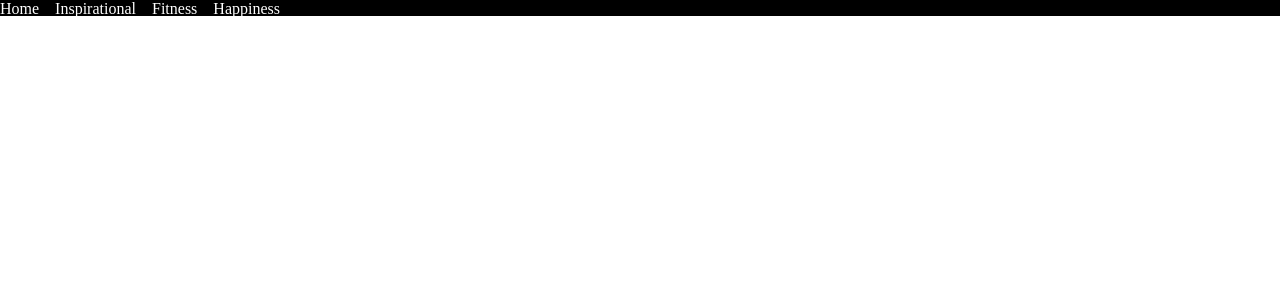
Repository: suraj-yadav7/quotes
Page: /inspiratinal
An editor plug-in stored every save of this project. The page is shown before and after the next save, followed by the edit.
The browser window is 1280 px wide. The pictures show the whole page.
The project was rebuilt for these pictures with package versions that can differ from the ones it lists, and the page was loaded fresh each time. Also part of the build but not shown: vite.config.js, src/App.css.

Above is the page before, as saved 2023-05-28 11:23:49.

After the next save:
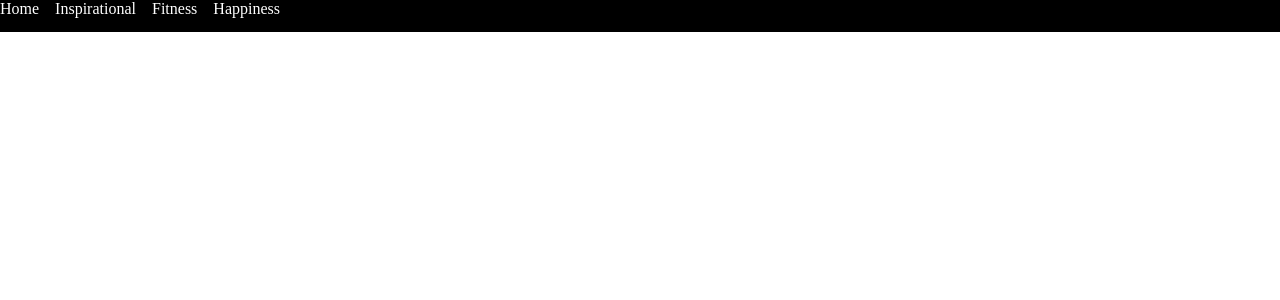
Saved 4 s later.
--- a/src/styles/home.scss
+++ b/src/styles/home.scss
@@ -1,7 +1,7 @@
 .navbar{
     background-color: black;
     color: white;
-    height: 1rem;
+    height: 2rem;
     >nav>ul{
         display: flex;
         flex-direction: row;
